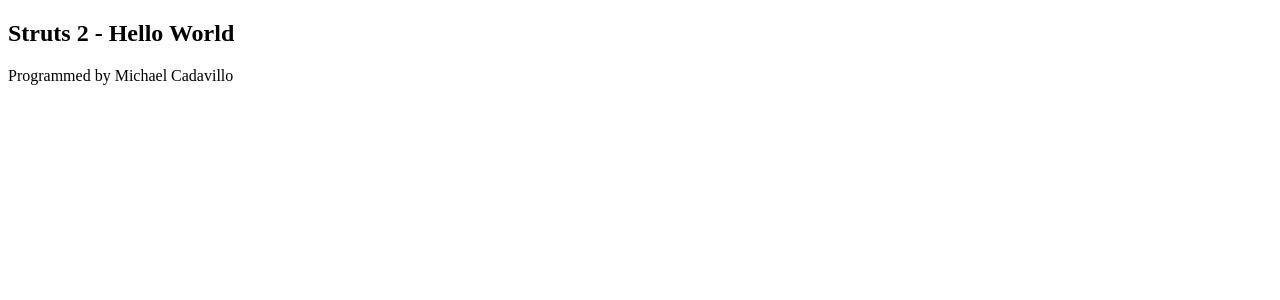
Repository: MichaelCadavillo/ENTJAV2
Page: http://localhost/code14-Struts2-HelloWorld/helloworld.jsp
These files come from the project's save history. The page is drawn as it stood at one moment and after the next save; the edit follows.
The browser window is 1280 px wide. The pictures show the whole page.
The page is served by Tomcat 9. Nobody is signed in. The application's start-up code is not run.

Above is the page before, as saved 2017-09-05 05:55:26.

After the next save:
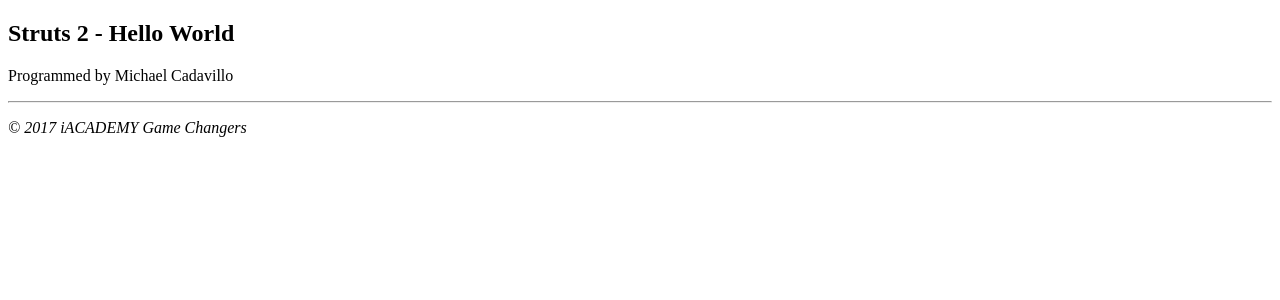
Saved 29 s later.
--- a/code14-Struts2-HelloWorld/WebContent/helloworld.jsp
+++ b/code14-Struts2-HelloWorld/WebContent/helloworld.jsp
@@ -9,5 +9,7 @@
 <body>
 	<h2>Struts 2 - Hello World</h2>
 	<p>Programmed by Michael Cadavillo</p>
+	<hr>
+	<p><i>&copy; 2017 iACADEMY Game Changers</i></p>
 </body>
 </html>
